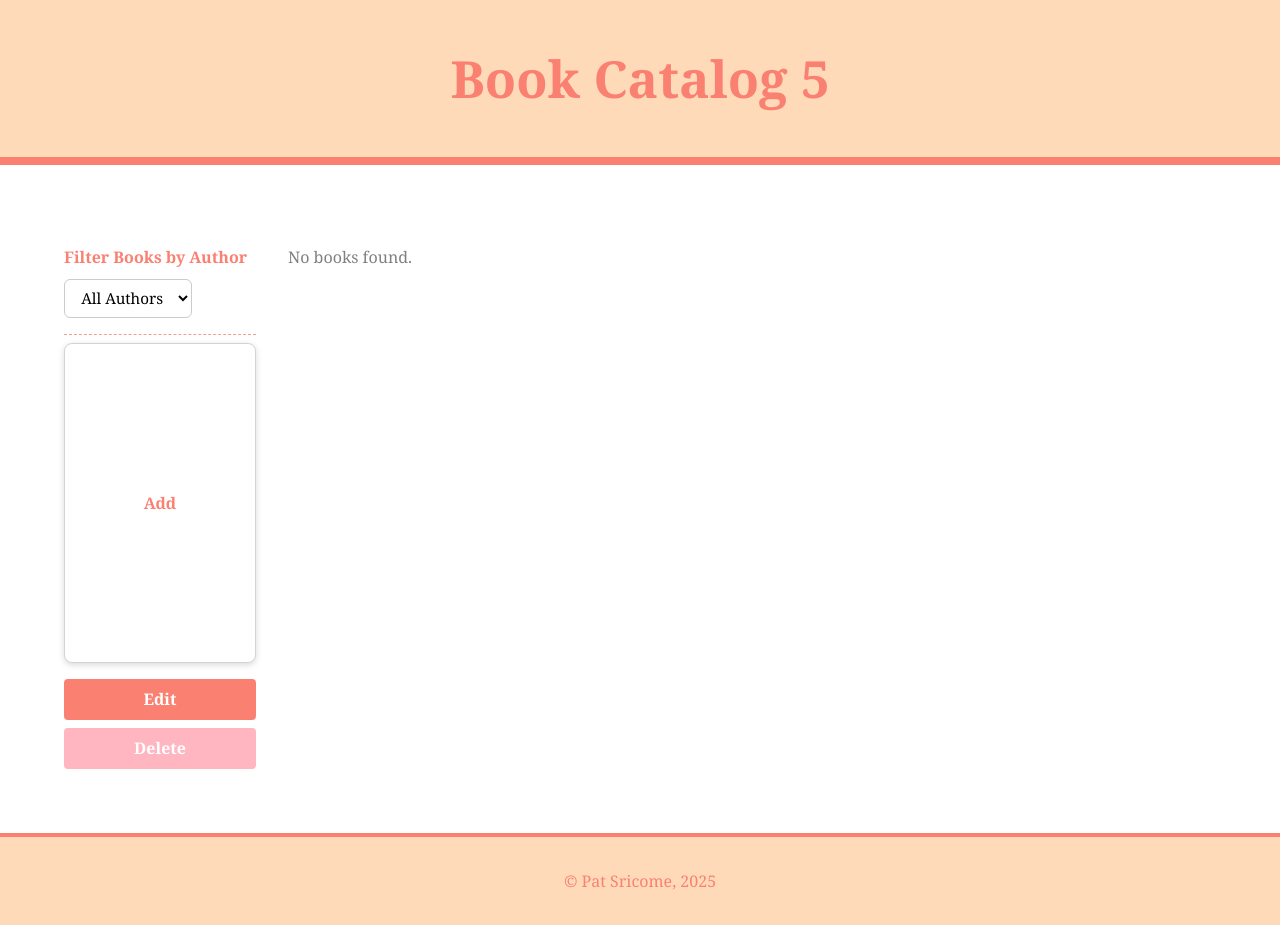
Repository: patcha-d3/book-catalog-v5
Page: /
An editor plug-in stored every save of this project. The page is shown before and after the next save, followed by the edit.
The browser window is 1280 px wide. The pictures show the whole page.
The project was rebuilt for these pictures with package versions that can differ from the ones it lists, and the page was loaded fresh each time. Also part of the build but not shown: vite.config.js, src/book.jsx.

Above is the page before, as saved 2025-10-28 23:13:46.

After the next save:
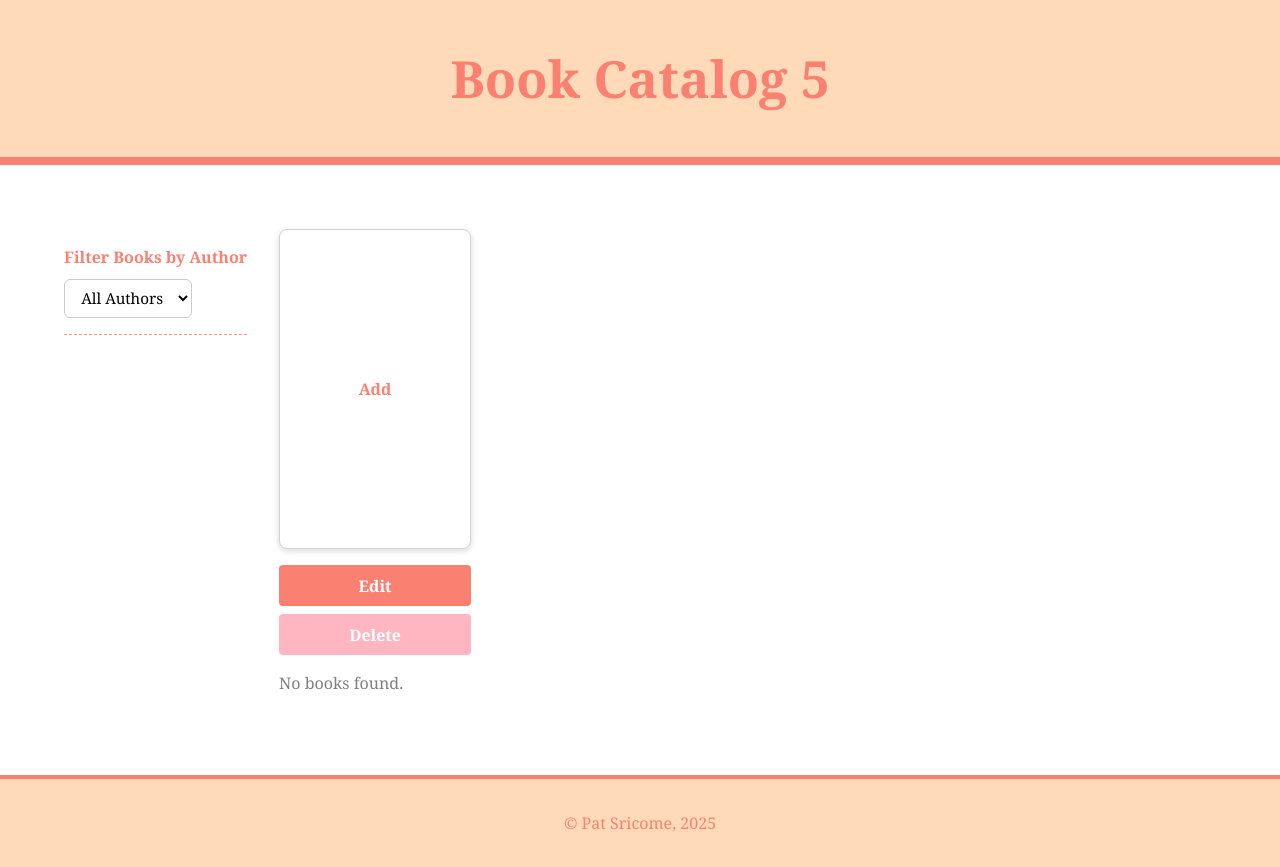
Saved 3 min 56 s later.
--- a/src/App.jsx
+++ b/src/App.jsx
@@ -4,21 +4,21 @@ import "./App.css";
 import Modal from "./components/Modal.jsx";
 import AddBook from "./components/AddBook.jsx";
 import Book from "./book.jsx";
-import BookFilter from "./components/BookFilter.jsx"; // ถ้ามี
+import BookFilter from "./components/BookFilter.jsx";
 
 const LS_KEY = "books_v5";
 
 function App() {
   const [books, setBooks] = useState([]);
 
-  // ----- Filter state (ตัวอย่าง: filter by author) -----
+  // Filter state (ตัวอย่าง: author)
   const [filterCriteria, setFilterCriteria] = useState({ author: "" });
 
-  // ----- Edit dialog state -----
+  // Edit dialog state
   const editDialogRef = useRef(null);
   const [editingBook, setEditingBook] = useState(null);
 
-  // ----- LocalStorage: load once -----
+  // LocalStorage: load once
   useEffect(() => {
     try {
       const raw = localStorage.getItem(LS_KEY);
@@ -29,7 +29,7 @@ function App() {
     } catch {}
   }, []);
 
-  // ----- LocalStorage: save on change -----
+  // LocalStorage: save on change
   useEffect(() => {
     localStorage.setItem(LS_KEY, JSON.stringify(books));
   }, [books]);
@@ -65,7 +65,7 @@ function App() {
     setBooks((prev) => prev.filter((b) => b.isbn13 !== selectedBook.isbn13));
   };
 
-  // ----- เปิดฟอร์มแก้ไข -----
+  // เปิดฟอร์มแก้ไข
   const handleUpdateBook = () => {
     const selectedBook = books.find((b) => b.selected);
     if (!selectedBook) return alert("Please select a book to edit.");
@@ -73,7 +73,7 @@ function App() {
     editDialogRef.current?.showModal();
   };
 
-  // ----- บันทึกผลการแก้ไข -----
+  // บันทึกผลการแก้ไข
   const handleSubmitEdit = (patch) => {
     if (!editingBook) return;
     setBooks((prev) =>
@@ -90,7 +90,7 @@ function App() {
     setEditingBook(null);
   };
 
-  // ----- Filter -----
+  // Filter
   const handleFilterChange = (e) => {
     const { name, value } = e.target;
     setFilterCriteria((p) => ({ ...p, [name]: value }));
@@ -113,38 +113,41 @@ function App() {
       </header>
 
       <main className="content">
-        <div className="content-add">
-          {/* ฟิลเตอร์ (ถ้าใช้งาน) */}
+        {/* 🔹 แถวบน: Filter กลางหน้า */}
+        <div className="filters-row">
           <BookFilter
             filterCriteria={filterCriteria}
             onFilterChange={handleFilterChange}
             authors={uniqueAuthors}
           />
-
-          {/* ปุ่ม Add + modal */}
-          <Modal btnLabel="Add" btnClassName="button-add">
-            <AddBook onAdd={handleAddBook} />
-          </Modal>
-
-          {/* ปุ่ม Edit / Delete */}
-          <div className="action-buttons">
-            <button className="button-update" onClick={handleUpdateBook}>
-              Edit
-            </button>
-            <button className="button-delete" onClick={handleDeleteBook}>
-              Delete
-            </button>
-          </div>
         </div>
 
-        <BookTile books={filteredBooks} onSelect={toggleSelect} />
+        {/* 🔹 แถวล่าง: สองคอลัมน์ (ซ้ายปุ่ม/ขวาการ์ด) */}
+        <div className="content-body">
+          <div className="content-add">
+            <Modal btnLabel="Add" btnClassName="button-add">
+              <AddBook onAdd={handleAddBook} />
+            </Modal>
+
+            <div className="action-buttons">
+              <button className="button-update" onClick={handleUpdateBook}>
+                Edit
+              </button>
+              <button className="button-delete" onClick={handleDeleteBook}>
+                Delete
+              </button>
+            </div>
+          </div>
+
+          <BookTile books={filteredBooks} onSelect={toggleSelect} />
+        </div>
       </main>
 
       <footer className="footer">
         <p>© Pat Sricome, 2025</p>
       </footer>
 
-      {/* ✅ Edit dialog แยกต่างหาก (ไม่มีปุ่ม x/cancel) */}
+      {/* Edit dialog */}
       <dialog ref={editDialogRef}>
         {editingBook && (
           <AddBook
